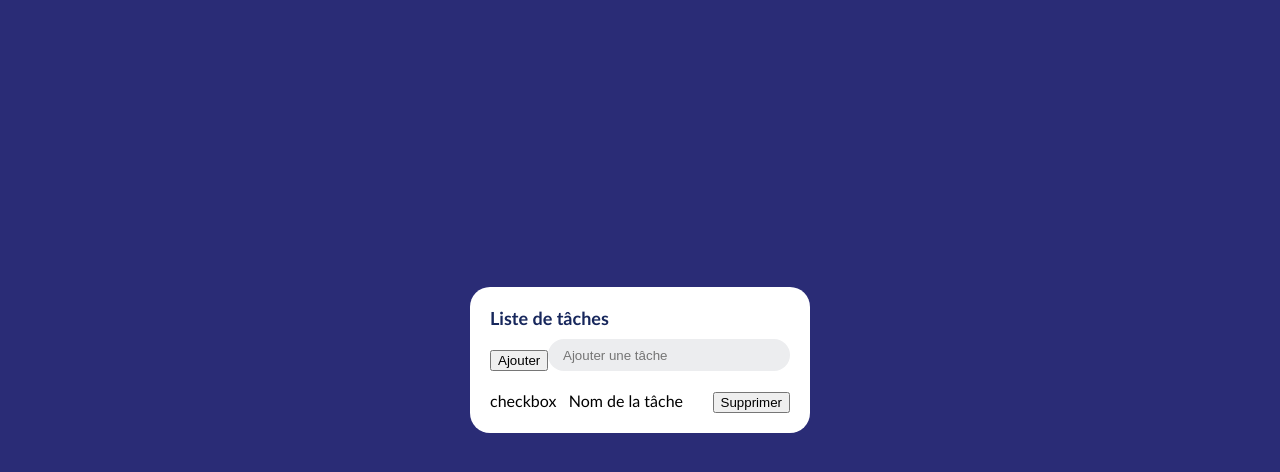
Repository: ndiemenguer/convertisseur
Page: / (app in todo-isep/)
These files come from the project's save history. The page is drawn as it stood at one moment and after the next save; the edit follows.
The browser window is 1280 px wide. The pictures show the whole page.
The project was rebuilt for these pictures with package versions that can differ from the ones it lists, and the page was loaded fresh each time. Also part of the build but not shown: todo-isep/vite.config.js, todo-isep/src/Application.jsx, todo-isep/src/index.css.

Above is the page before, as saved 2023-05-06 12:26:18.

After the next save:
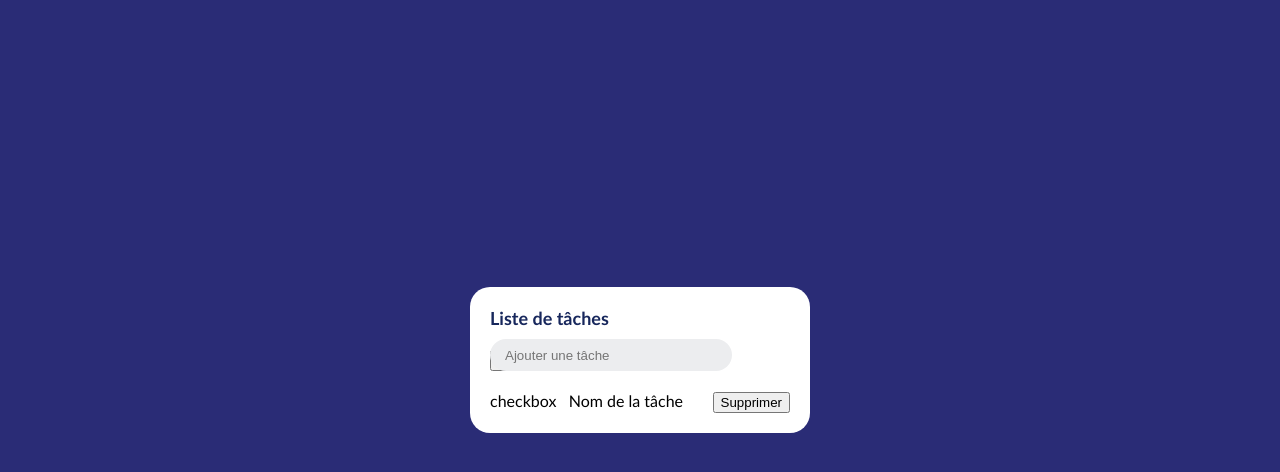
Saved 11 s later.
--- a/todo-isep/src/App.css
+++ b/todo-isep/src/App.css
@@ -50,7 +50,7 @@
   background-color: #ecedef;
   padding-left: 15px;
   position: absolute;
-  right: 0;
+  left: 0;
   bottom: 0;
   z-index: 900;
 }

After the save that followed:
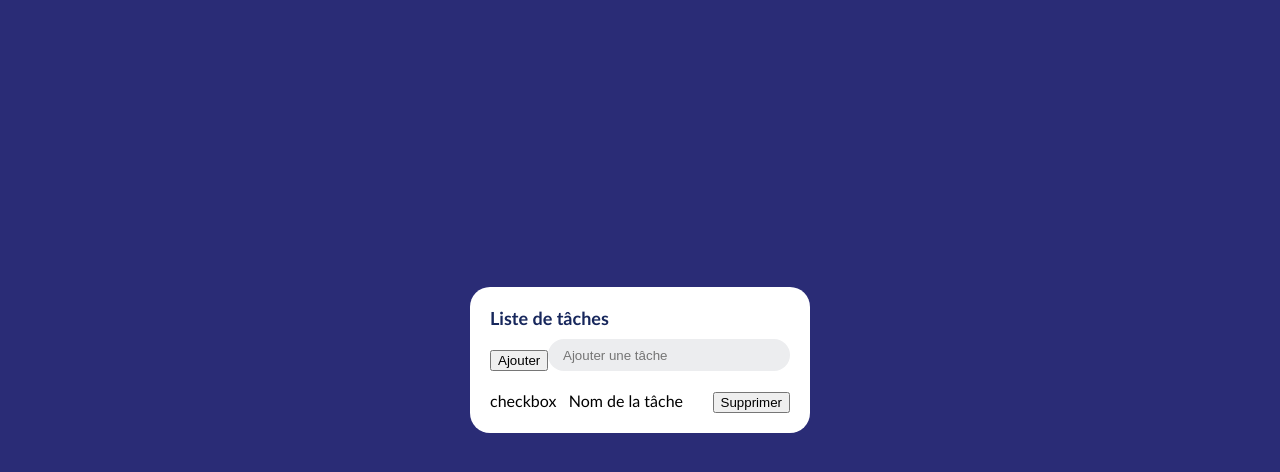
Saved 9 s later.
--- a/todo-isep/src/App.css
+++ b/todo-isep/src/App.css
@@ -50,7 +50,7 @@
   background-color: #ecedef;
   padding-left: 15px;
   position: absolute;
-  left: 0;
+  right: 0;
   bottom: 0;
   z-index: 900;
 }
